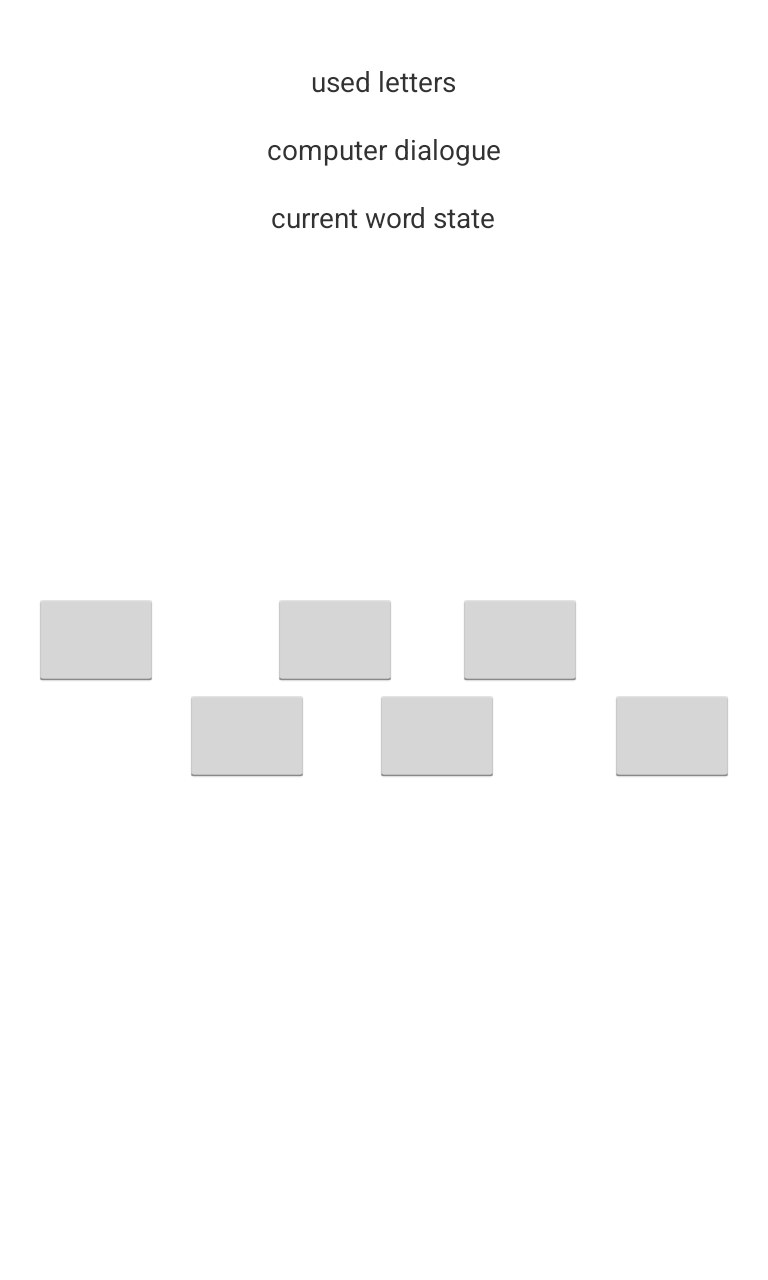
Repository: svandenhout/EvilSpaceMonsterHangman
Layout: evilSpaceMonsterHangman/res/layout/activity_main.xml
These files come from the project's save history. The layout is drawn as it stood at one moment and after the next save; the edit follows.
It is drawn on a 768 x 1280 px phone screen (xhdpi) without system bars, with theme AppTheme; the app's code is not run.

Above is the layout before, as saved 2013-12-16 09:04:50.

### evilSpaceMonsterHangman/res/layout/activity_main.xml
<RelativeLayout xmlns:android="http://schemas.android.com/apk/res/android"
              xmlns:tools="http://schemas.android.com/tools"
              android:layout_width="match_parent"
              android:layout_height="match_parent"
              android:paddingLeft="@dimen/activity_horizontal_margin"
              android:paddingRight="@dimen/activity_horizontal_margin"
              android:paddingTop="@dimen/activity_vertical_margin"
              android:paddingBottom="@dimen/activity_vertical_margin"
              tools:context=".MainActivity"
              android:orientation="vertical">

    <TextView
            android:id="@+id/usedLetters"
            android:layout_width="wrap_content"
            android:layout_height="wrap_content"
            android:text="@string/used_letters"
            android:layout_centerHorizontal="true"
            android:layout_marginTop="15dp"/>

    <TextView
            android:id="@+id/computerDialogue"
            android:layout_width="wrap_content"
            android:layout_height="wrap_content"
            android:layout_centerHorizontal="true"
            android:text="@string/computer_dialogue"
            android:layout_below="@+id/usedLetters"
            android:layout_marginTop="15dp"/>

    <TextView
            android:id="@+id/currentWordState"
            android:layout_width="wrap_content"
            android:layout_height="wrap_content"
            android:layout_below="@id/computerDialogue"
            android:text="@string/current_word_state"
            android:layout_centerHorizontal="true"
            android:layout_marginTop="15dp"/>

    <Button
        android:id="@+id/eye_6"
        android:layout_width="wrap_content"
        android:layout_height="wrap_content"
        android:layout_alignParentLeft="true"
        android:layout_centerVertical="true"
        android:onClick="clickEyeSix" />

    <Button
        android:id="@+id/eye_5"
        android:layout_width="wrap_content"
        android:layout_height="wrap_content"
        android:layout_below="@+id/eye_6"
        android:layout_toLeftOf="@+id/usedLetters"
        android:onClick="clickEyeFive" />

    <Button
        android:id="@+id/eye_4"
        android:layout_width="wrap_content"
        android:layout_height="wrap_content"
        android:layout_above="@+id/eye_5"
        android:layout_alignLeft="@+id/currentWordState"
        android:onClick="clickEyeFour" />

    <Button
        android:id="@+id/eye_3"
        android:layout_width="wrap_content"
        android:layout_height="wrap_content"
        android:layout_alignBaseline="@+id/eye_5"
        android:layout_alignBottom="@+id/eye_5"
        android:layout_alignRight="@+id/computerDialogue"
        android:onClick="clickEyeThree" />

    <Button
        android:id="@+id/eye_2"
        android:layout_width="wrap_content"
        android:layout_height="wrap_content"
        android:layout_above="@+id/eye_3"
        android:layout_toRightOf="@+id/usedLetters"
        android:onClick="clickEyeTwo" />

    <Button
        android:id="@+id/eye_1"
        android:layout_width="wrap_content"
        android:layout_height="wrap_content"
        android:layout_alignBaseline="@+id/eye_3"
        android:layout_alignBottom="@+id/eye_3"
        android:layout_alignParentRight="true"
        android:onClick="clickEyeOne" />

</RelativeLayout>

### evilSpaceMonsterHangman/res/values/strings.xml
<?xml version="1.0" encoding="utf-8"?>
<resources>

    <string name="app_name" >Hangman
    </string>

    <!-- settings & preferences -->
    <string name="hi_scores" >hi-scores
    </string>
    <string name="settings" >settings
    </string>
    <string name="reset" >reset game
    </string>

    <string name="title_user_name" >user name
    </string>
    <string name="title_word_length">word length
    </string>
    <string name="title_amount_of_turns">amount of turns
    </string>
    <string name="title_evil_mode">Evil Mode
    </string>

    <string name="summary_user_name">set your user name here
    </string>
    <string name="summary_word_length">set the length of the words that you want to use
    </string>
    <string name="summary_amount_of_turns">set the amount of turns until you lose
    </string>
    <string name="summary_evil_mode">Start playing Evil Mode, You will not win
    </string>

    <string name="dialog_user_name" >user name:
    </string>
    <string name="dialog_word_length">word length:
    </string>
    <string name="dialog_amount_of_turns">amount of turns:
    </string>
    <string name="dialog_evil_mode">Evil Mode?
    </string>


    <!-- game ui -->
    <string name="current_word" >current word
    </string>
    <string name="current_word_state" >current word state
    </string>
    <string name="used_letters" >used letters
    </string>
    <string name="computer_dialogue">computer dialogue</string>

    <!-- game states -->
    <string name="game_won">game won
    </string>
    <string name="game_lost">game lost
    </string>

    <!-- computer monologue -->
    <string name="cmonologue_start">Pick a letter to start playing</string>
    <string name="cmonologue_used">This letter has already been used, try again</string>
    <string name="cmonologue_invalid">WHAT THE HELL IS THAT!?, try another one</string>
    <string name="cmonologue_wrong">Wrong guess, pick again</string>
    <string name="cmonologue_correct">Lucky, why don\'t you try again?</string>
    <string name="cmonologue_won">:((</string>
    <string name="cmonologue_lost">:-)</string>
</resources>

Loaded but not shown: evilSpaceMonsterHangman/res/values/styles.xml (common file); evilSpaceMonsterHangman/res/values-v11/styles.xml (common file); evilSpaceMonsterHangman/res/values-v14/styles.xml (common file); evilSpaceMonsterHangman/res/values/dimens.xml (common file)

After the next save:
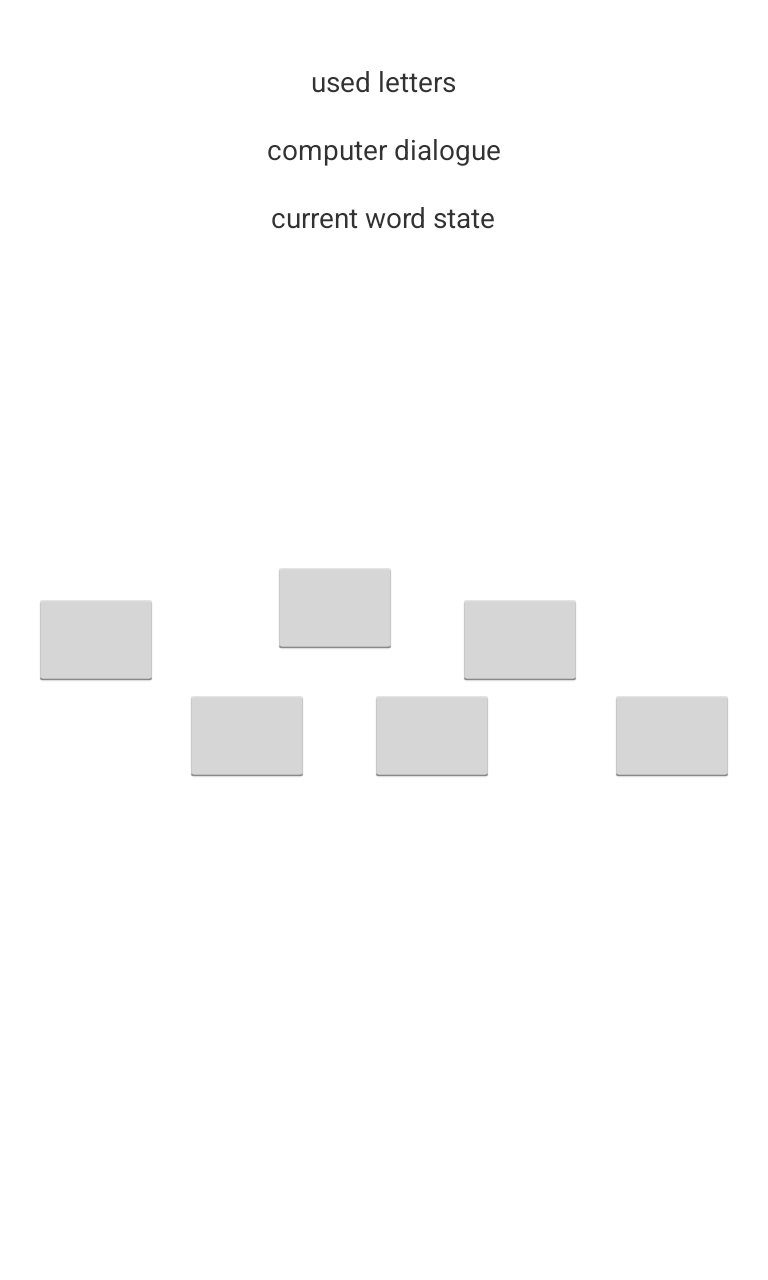
Saved 70 s later.
--- a/evilSpaceMonsterHangman/res/layout/activity_main.xml
+++ b/evilSpaceMonsterHangman/res/layout/activity_main.xml
@@ -52,23 +52,6 @@
         android:onClick="clickEyeFive" />
 
     <Button
-        android:id="@+id/eye_4"
-        android:layout_width="wrap_content"
-        android:layout_height="wrap_content"
-        android:layout_above="@+id/eye_5"
-        android:layout_alignLeft="@+id/currentWordState"
-        android:onClick="clickEyeFour" />
-
-    <Button
-        android:id="@+id/eye_3"
-        android:layout_width="wrap_content"
-        android:layout_height="wrap_content"
-        android:layout_alignBaseline="@+id/eye_5"
-        android:layout_alignBottom="@+id/eye_5"
-        android:layout_alignRight="@+id/computerDialogue"
-        android:onClick="clickEyeThree" />
-
-    <Button
         android:id="@+id/eye_2"
         android:layout_width="wrap_content"
         android:layout_height="wrap_content"
@@ -80,9 +63,27 @@
         android:id="@+id/eye_1"
         android:layout_width="wrap_content"
         android:layout_height="wrap_content"
-        android:layout_alignBaseline="@+id/eye_3"
-        android:layout_alignBottom="@+id/eye_3"
+        android:layout_alignBaseline="@+id/eye_5"
+        android:layout_alignBottom="@+id/eye_5"
         android:layout_alignParentRight="true"
         android:onClick="clickEyeOne" />
 
+    <Button
+        android:id="@+id/eye_4"
+        android:layout_width="wrap_content"
+        android:layout_height="wrap_content"
+        android:layout_alignBottom="@+id/eye_6"
+        android:layout_alignLeft="@+id/currentWordState"
+        android:layout_marginBottom="16dp"
+        android:onClick="clickEyeFour" />
+
+    <Button
+        android:id="@+id/eye_3"
+        android:layout_width="wrap_content"
+        android:layout_height="wrap_content"
+        android:layout_alignBaseline="@+id/eye_5"
+        android:layout_alignBottom="@+id/eye_5"
+        android:layout_alignRight="@+id/currentWordState"
+        android:onClick="clickEyeThree" />
+
 </RelativeLayout>
